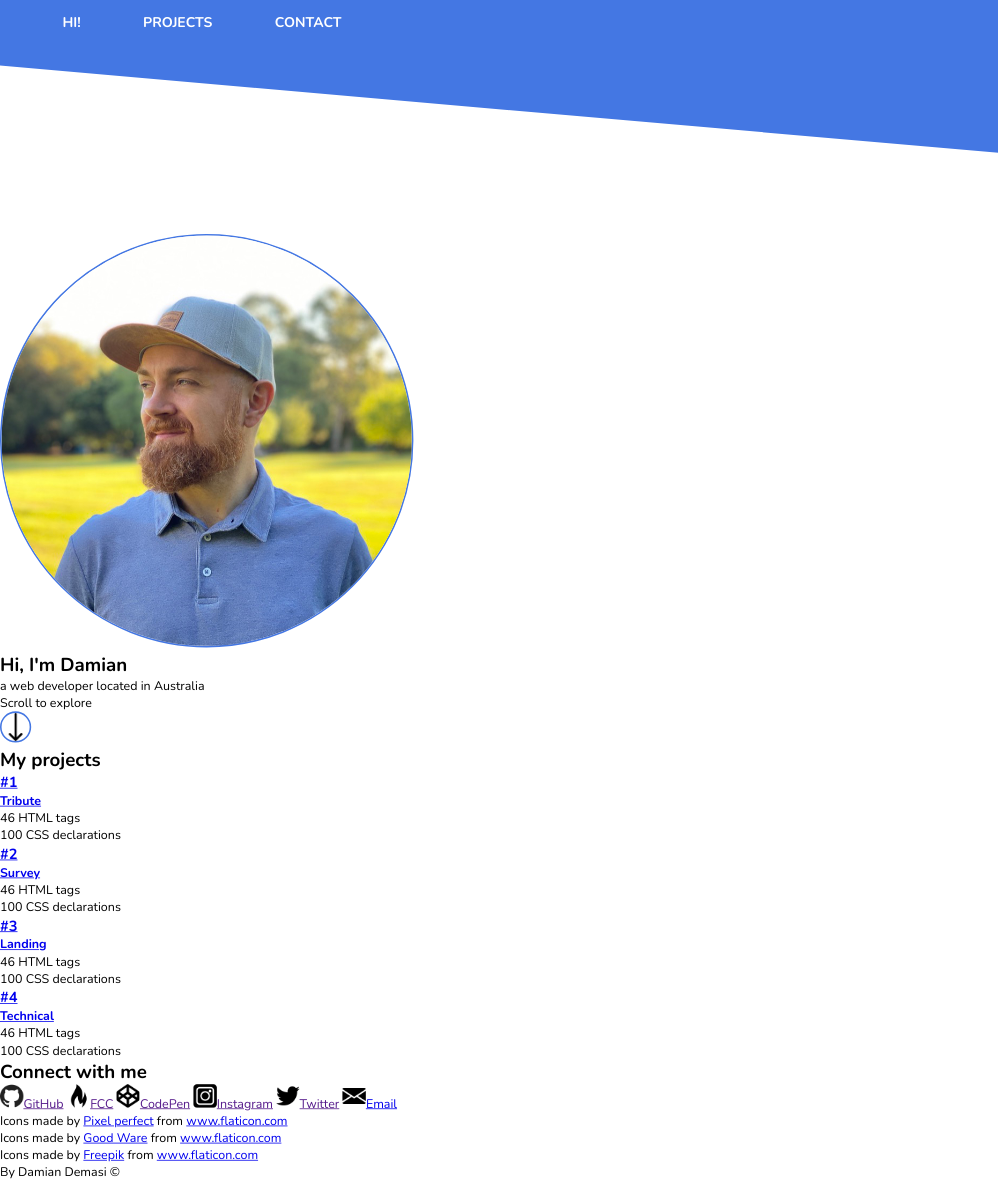
Repository: Colo-Codes/freecodecamp-05-Personal-Portfolio-Webpage
Page: index.html
These files come from the project's save history. The page is drawn as it stood at one moment and after the next save; the edit follows.
The browser window is 1280 px wide. The pictures show the whole page, at 78% of full size.

Above is the page before, as saved 2021-06-03 11:39:58.

### index.html
<!DOCTYPE html>
<html lang="en">
<head>
    <meta charset="UTF-8">
    <meta http-equiv="X-UA-Compatible" content="IE=edge">
    <meta name="viewport" content="width=device-width, initial-scale=1.0">
    <link rel="preconnect" href="https://fonts.gstatic.com">
    <link href="https://fonts.googleapis.com/css2?family=Nunito:wght@300;400;700&display=swap" rel="stylesheet">
    <link rel="stylesheet" href="./css/index.css">
    <title>Personal Portfolio Webpage</title>
</head>
<body>
    <header>
        <navbar id="navbar">
            <ul id="navbar-flex-container">
                <li class="navbar-flex-item">Hi!</li>
                <li class="navbar-flex-item">Projects</li>
                <li class="navbar-flex-item">Contact</li>
            </ul>
        </navbar>
    </header>

    <section id="welcome-section">
        <div id="top-layer">
            <div id="img-shadow">
                <img src="./img/6D5BF231-2A3E-4029-9EFE-9C82AF0D506F_1_105_c.jpeg" alt="Damian's profile picture: he has a hat, beard, and he is looking left while standing on a green field.">
            </div>
            <h1>Hi, I'm Damian</h1>
            <p>a web developer located in Australia</p>
            <p>Scroll to explore</p>
            <img src="./img/down-arrow.png" alt="Arrow pointing down." height="40px">
        </div>
        <div id="bottom-layer"></div>
    </section>

    <section id="projects">
        <h2>My projects</h2>

        <div class="project-card">
            <div class="project-tile">
                <a href="#project1"><h3>#1</h3><h4>Tribute</h4></a>
            </div>
            <p>46 HTML tags</p>
            <p>100 CSS declarations</p>
        </div>

        <div class="project-card">
            <div class="project-tile">
                <a href="#project1"><h3>#2</h3><h4>Survey</h4></a>
            </div>
            <p>46 HTML tags</p>
            <p>100 CSS declarations</p>
        </div>

        <div class="project-card">
            <div class="project-tile">
                <a href="#project1"><h3>#3</h3><h4>Landing</h4></a>
            </div>
            <p>46 HTML tags</p>
            <p>100 CSS declarations</p>
        </div>

        <div class="project-card">
            <div class="project-tile">
                <a href="#project1"><h3>#4</h3><h4>Technical</h4></a>
            </div>
            <p>46 HTML tags</p>
            <p>100 CSS declarations</p>
        </div>

    </section>

    <section id="contact">
        <h2>Connect with me</h2>
        <a href="" id="profile-link" target="_blank"><img src="./img/github.png" width="30px">GitHub</a>
        <a href="" id="profile-link-fcc" target="_blank"><img src="./img/fire.png" width="30px">FCC</a>
        <a href="" id="profile-link-codepen" target="_blank"><img src="./img/3d-outlined-shape.png" width="30px">CodePen</a>
        <a href="" id="profile-link-instagram" target="_blank"><img src="./img/instagram.png" width="30px">Instagram</a>
        <a href="" id="profile-link-twitter" target="_blank"><img src="./img/twitter.png" width="30px">Twitter</a>
        <a href="mailto:damian.demasi.1@gmail.com" id="profile-link-email" target="_blank"><img src="./img/email.png" width="30px">Email</a>
    </section>

    <footer>
        <div>Icons made by <a href="https://www.flaticon.com/authors/pixel-perfect" title="Pixel perfect">Pixel perfect</a> from <a href="https://www.flaticon.com/" title="Flaticon">www.flaticon.com</a></div>
        <div>Icons made by <a href="https://www.flaticon.com/authors/good-ware" title="Good Ware">Good Ware</a> from <a href="https://www.flaticon.com/" title="Flaticon">www.flaticon.com</a></div>
        <div>Icons made by <a href="https://www.freepik.com" title="Freepik">Freepik</a> from <a href="https://www.flaticon.com/" title="Flaticon">www.flaticon.com</a></div>
        <p>By Damian Demasi &copy;</p>
    </footer>
</body>
</html>

### css/index.css
/* @media */

/* The height of the welcome section should be equal to the height of the viewport. */

/* The navbar should always be at the top of the viewport. */

/* Border-box and font-size */
html {
    box-sizing: border-box;
    font-size: 16px;
}
body {
    font-family: 'Nunito', sans-serif;
}

/* Reset margins and set global values */

*, *::before, *::after {
    box-sizing: inherit;
    margin: 0;
    padding: 0;
}

/* Navbar */

#navbar {
    display: block;
    background-color: #4477E3;
    /* 1rem = 16px -> 18.75rem = 300px */
    height: 18.75rem;
    width: 100%;
    transform: skewY(5deg) translateY(-10rem);
}
#navbar-flex-container {
    display: flex;
    /* align-items: center; */
    /* justify-content: space-around; */
    height: 100%;
    transform: skewY(-5deg) translateY(5rem);

}
.navbar-flex-item {
    list-style: none;
    margin: 6rem 0 0 5rem;
    font-style: normal;
    font-weight: bold;
    font-size: 1.125rem;
    text-transform: uppercase;
    color: white;
}

/* Hero */

#welcome-section {

}

#shadow {
    box-shadow: inset 0px 0px 25px 25px rgba(0, 0, 0, 0.5);
    transform: translateY(10rem);

}
#top-layer img {
    border-radius: 50%;
    max-width: 33.125rem;
    border: 2px solid #4477E3;
}

After the next save:
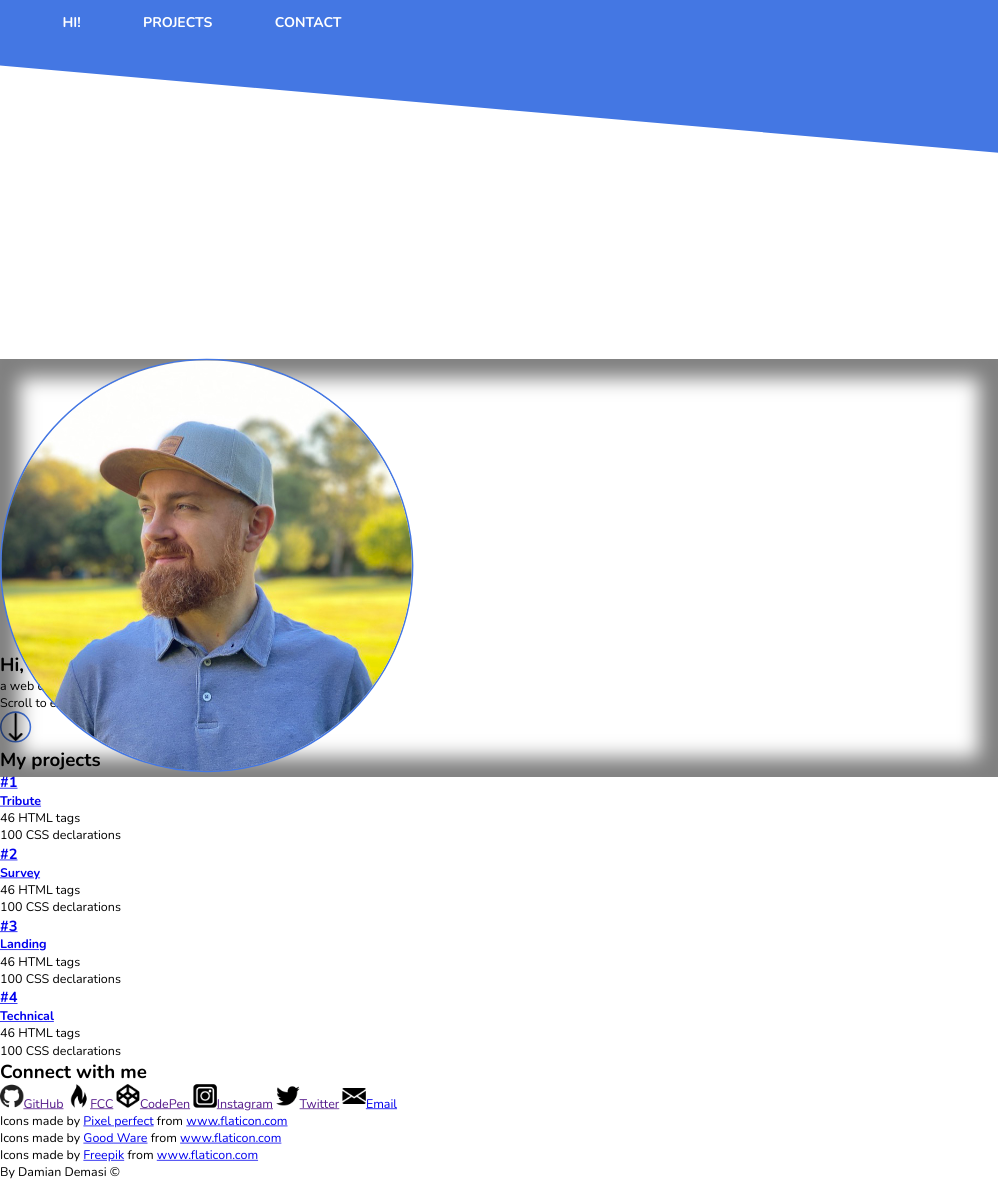
Saved 10 s later.
--- a/css/index.css
+++ b/css/index.css
@@ -55,7 +55,7 @@ body {
 
 }
 
-#shadow {
+#img-shadow {
     box-shadow: inset 0px 0px 25px 25px rgba(0, 0, 0, 0.5);
     transform: translateY(10rem);
 
